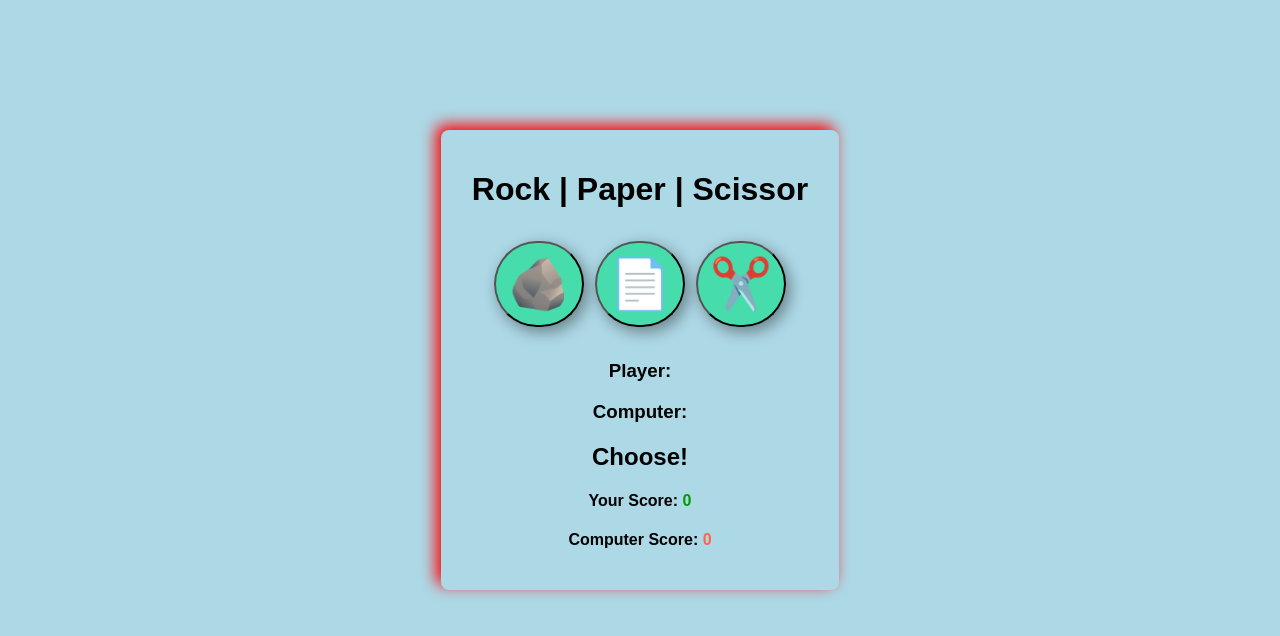
Repository: SakthivelDurai47/Rock-Paper-Sissors
Page: index.html
An editor plug-in stored every save of this project. The page is shown before and after the next save, followed by the edit.
The browser window is 1280 px wide. The pictures show the whole page.

Above is the page before, as saved 2025-04-14 23:21:54.

After the next save:
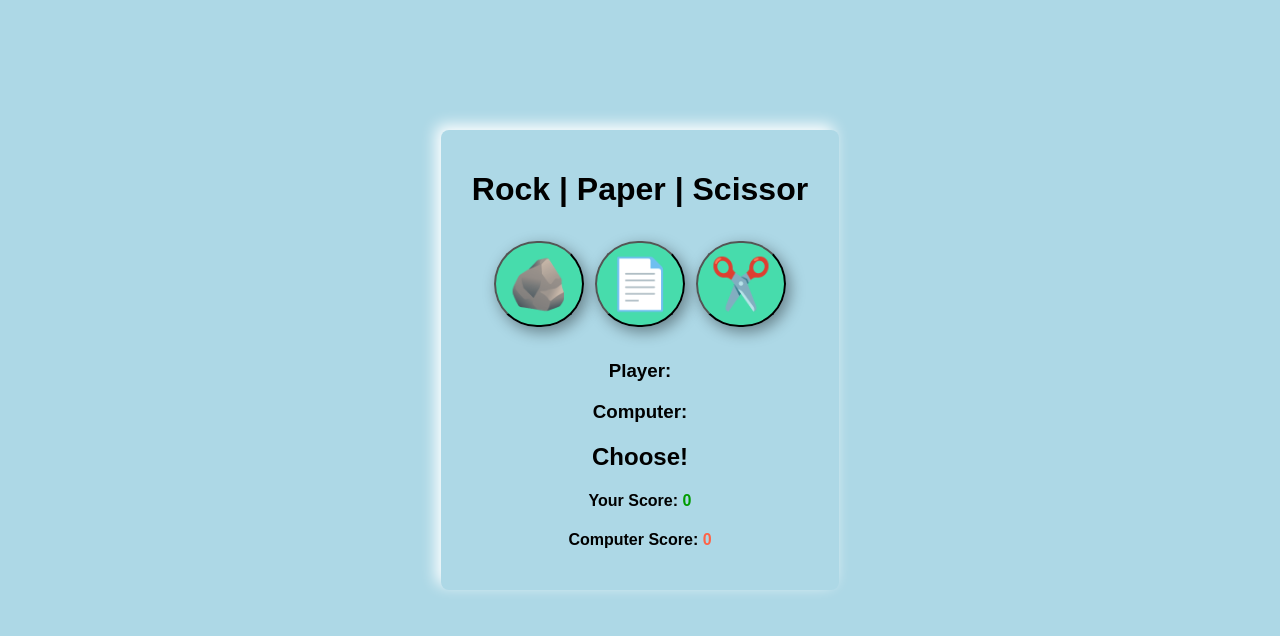
Saved 9 s later.
--- a/styles.css
+++ b/styles.css
@@ -44,5 +44,5 @@ main {
   padding: 20px;
   border-radius: 8px;
   box-shadow: 5px 5px 15px rgba(0, 0, 0, 0.477);
-  box-shadow: -5px -5px 15px rgb(255, 0, 0);
+  box-shadow: -5px -5px 15px rgb(255, 255, 255);
 }
